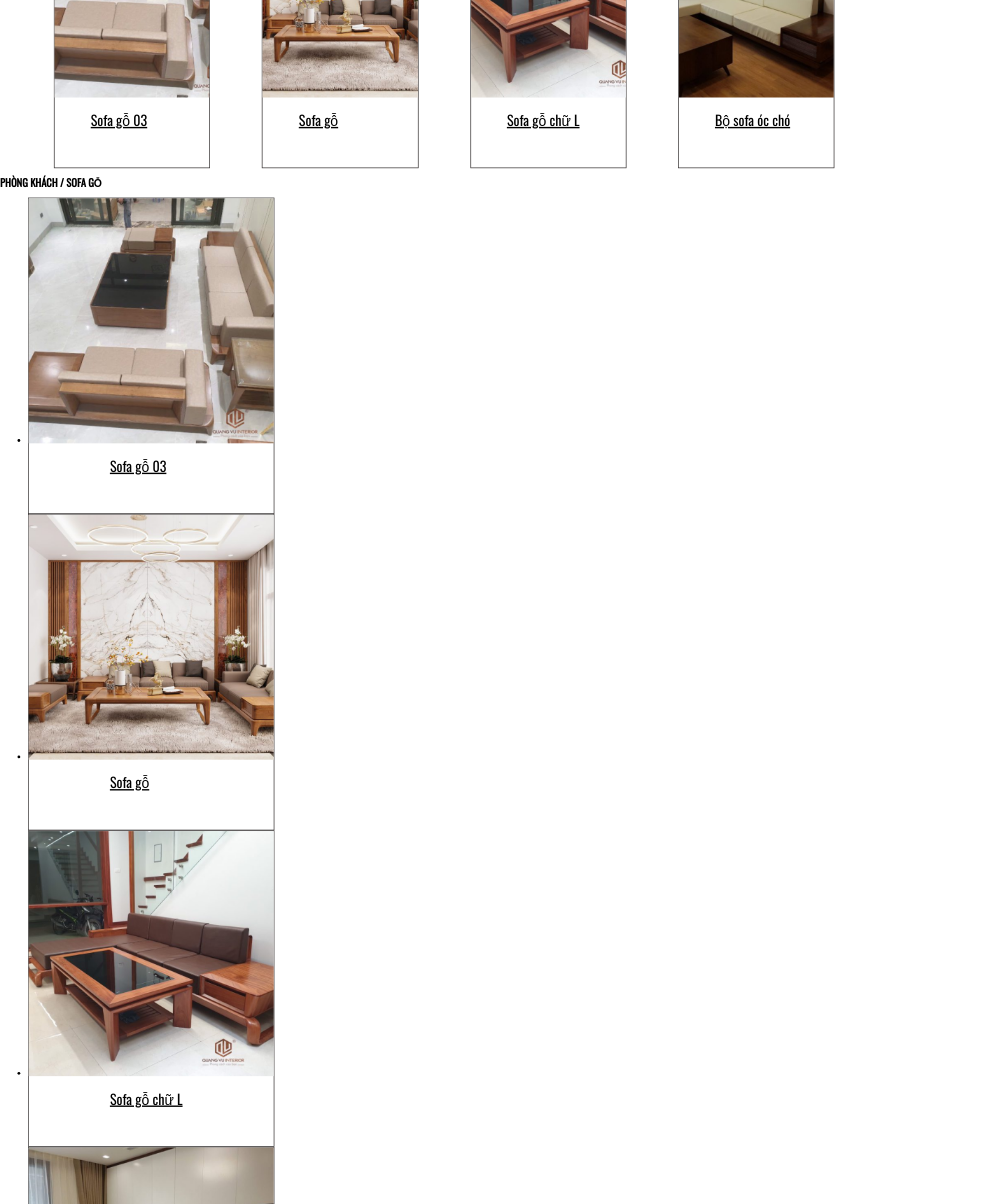
Repository: KHANHD192/FigmaTo-HTML
Page: APP-SHOP/index.html
The author's editor kept a copy of each file at every save. The page is drawn from the files as they stood at one save, then again after the next save.
The browser window is 1280 px wide. The page is 1437 px wide, so the pictures cover 1437 px, including what lies to the right of the window. The pictures show the part of the page from y = 856 to 2576 px (the page is 4376 px tall), at 70% of full size.

Above is the page before, as saved 2022-11-21 14:10:08.

After the next save:
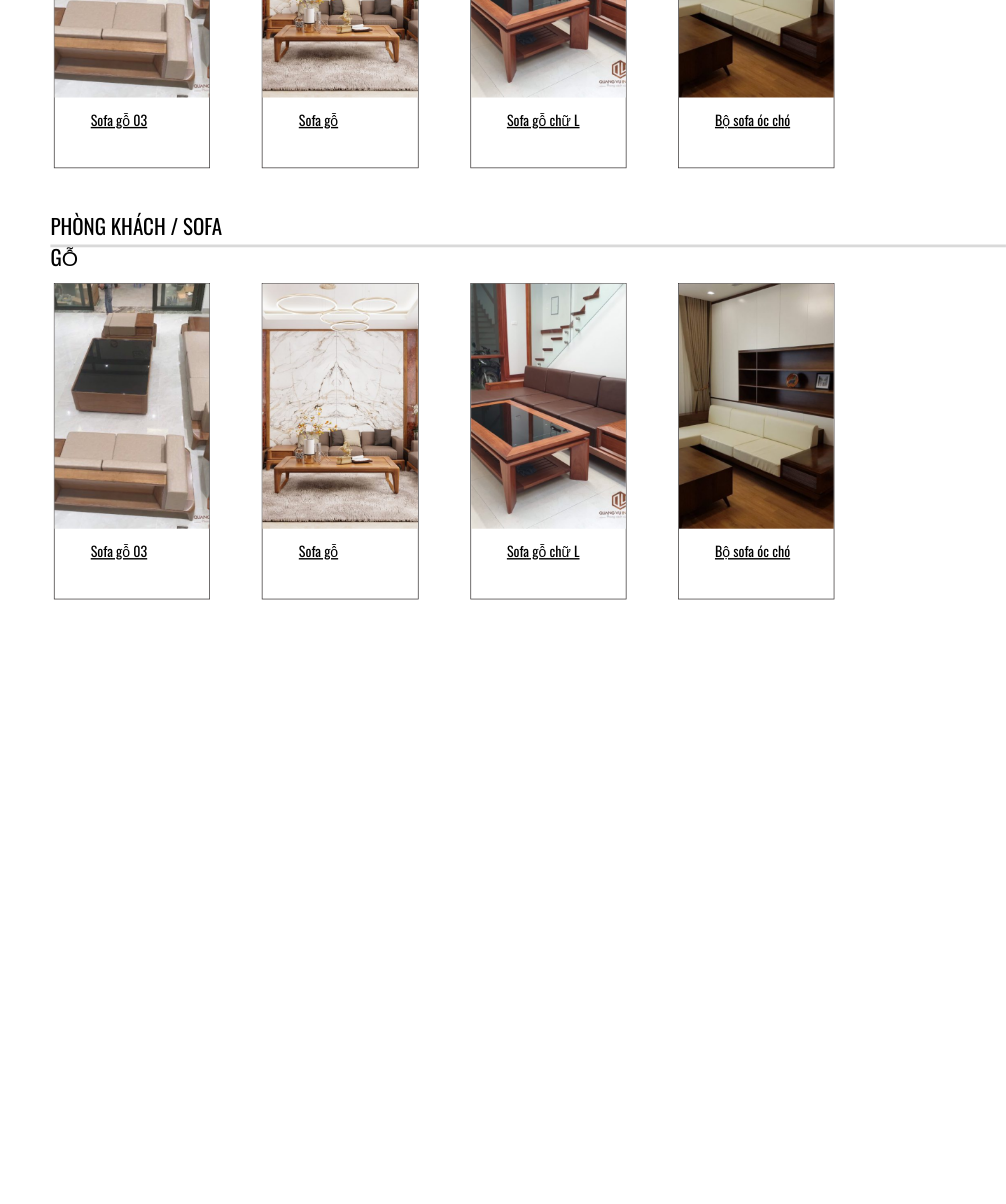
Saved 11 s later.
--- a/APP-SHOP/index.html
+++ b/APP-SHOP/index.html
@@ -74,7 +74,7 @@
 
                 </ul>
             </div>
-            <div class="collect2">
+            <div class="collect1">
                 <h2 class="title">PHÒNG KHÁCH / SOFA GỖ</h2>
                 <ul class="list__item">
                     <li>
